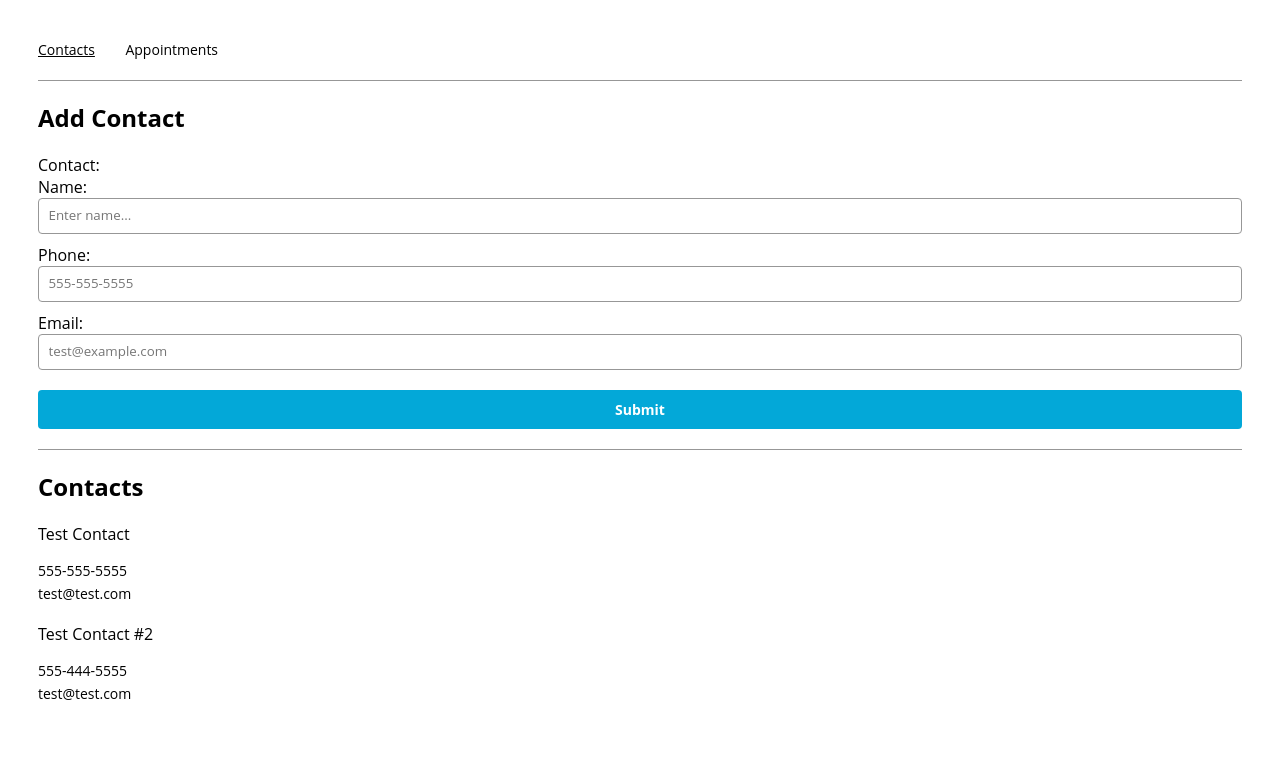
Repository: dnmyers/appointment-planner-v2.0
Page: /contacts
The author's editor kept a copy of each file at every save. The page is drawn from the files as they stood at one save, then again after the next save.
The browser window is 1280 px wide. The pictures show the whole page.
The project was rebuilt for these pictures with package versions that can differ from the ones it lists, and the page was loaded fresh each time. Also part of the build but not shown: vite.config.js, src/components/contactPicker/ContactPicker.jsx, src/components/appointmentForm/AppointmentForm.jsx, src/containers/appointmentsPage/AppointmentsPage.jsx.

Above is the page before, as saved 2023-08-15 00:00:06.

After the next save:
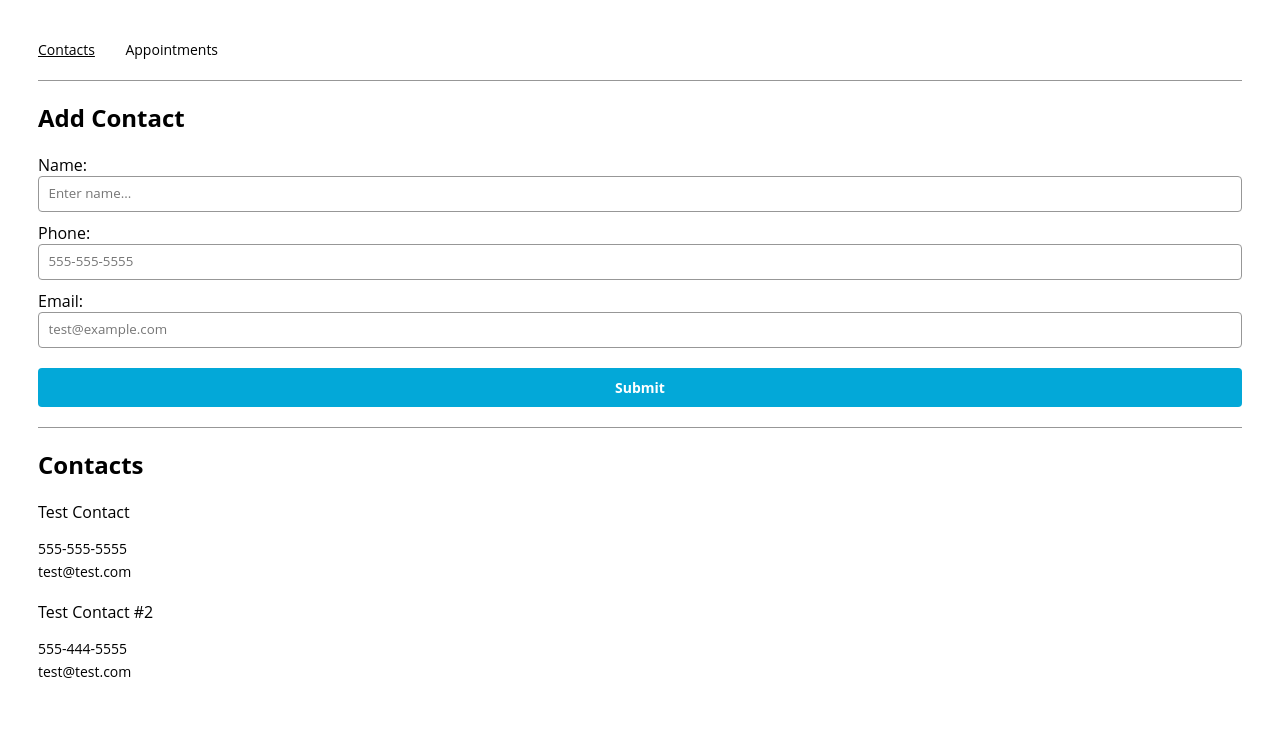
Saved 26 s later.
--- a/src/components/contactForm/ContactForm.jsx
+++ b/src/components/contactForm/ContactForm.jsx
@@ -12,7 +12,6 @@ export const ContactForm = ({
     console.log("ContactForm - name: " + name + ", phone: " +  phone + ", email: " + email);
     return (
         <>
-            <div>Contact:</div>
             <form onSubmit={handleSubmit}>
                 <label htmlFor="name">Name:
                     <input
